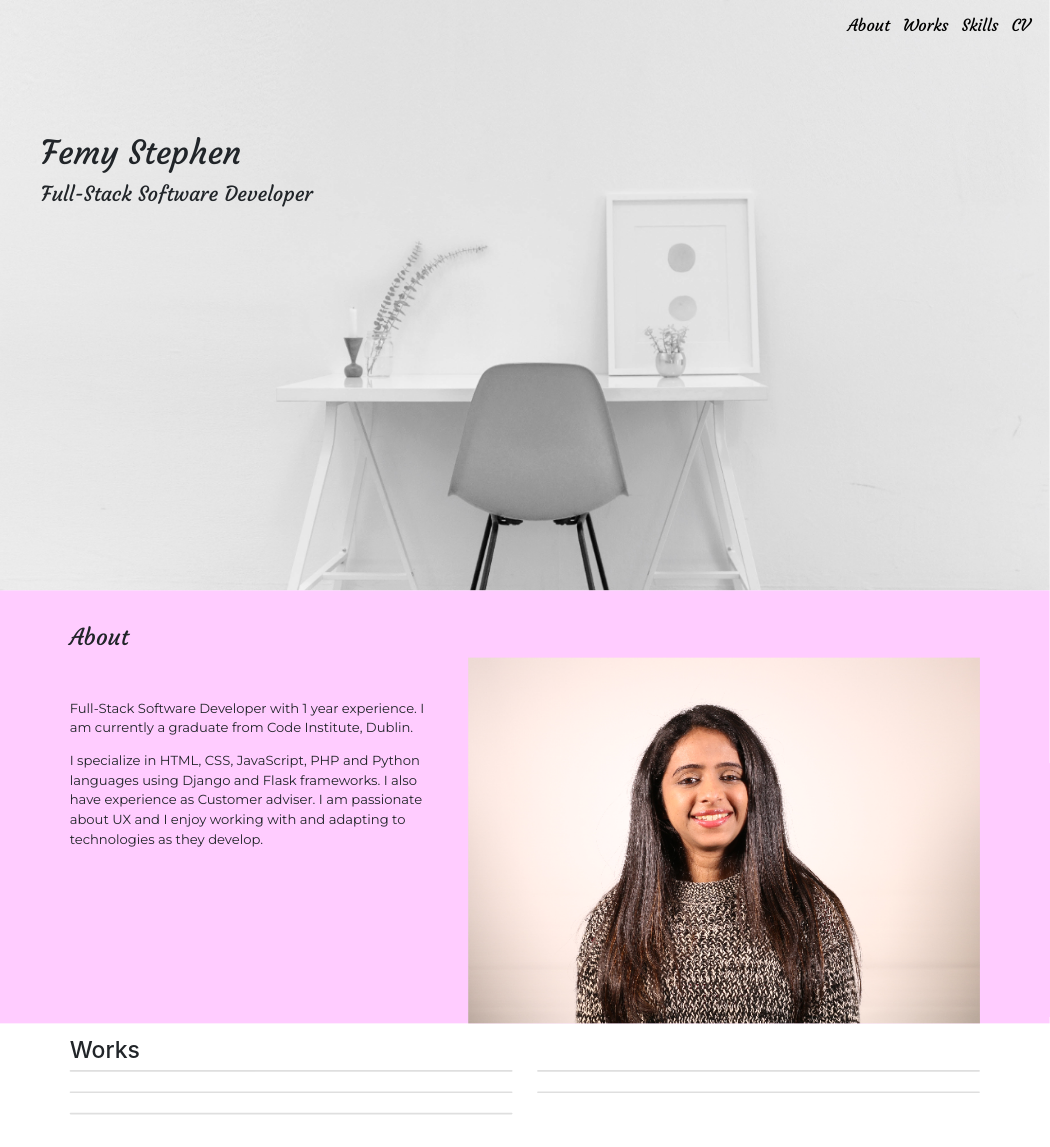
Repository: femy16/FemyStephen
Page: index.html
The author's editor kept a record of every edit. The page is drawn from the files as they stood at one moment, then again after the next edit.
The browser window is 1280 px wide. The pictures show the whole page, at 82% of full size.
Backgrounds fixed to the window are drawn as part of the page. Some web libraries are served in a nearby version.

Above is the page before.
Not found: hover.css

After the next edit:
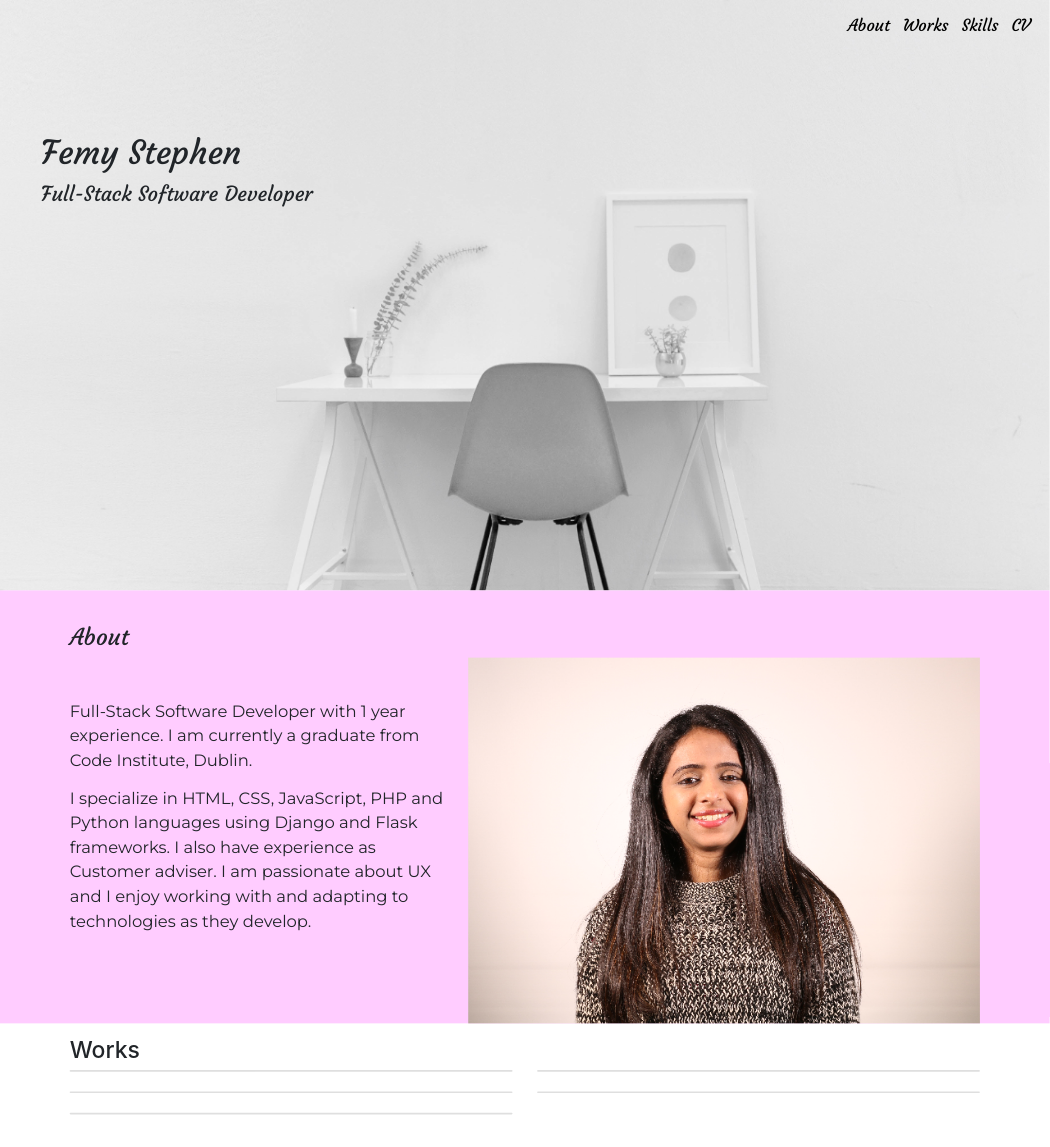
The edit:
--- a/style.css
+++ b/style.css
@@ -72,5 +72,5 @@
 .discri{
     margin-top:50px;
     font-family: 'Montserrat', sans-serif;
-    font-size: medium;
+    font-size: 20px;
 }
